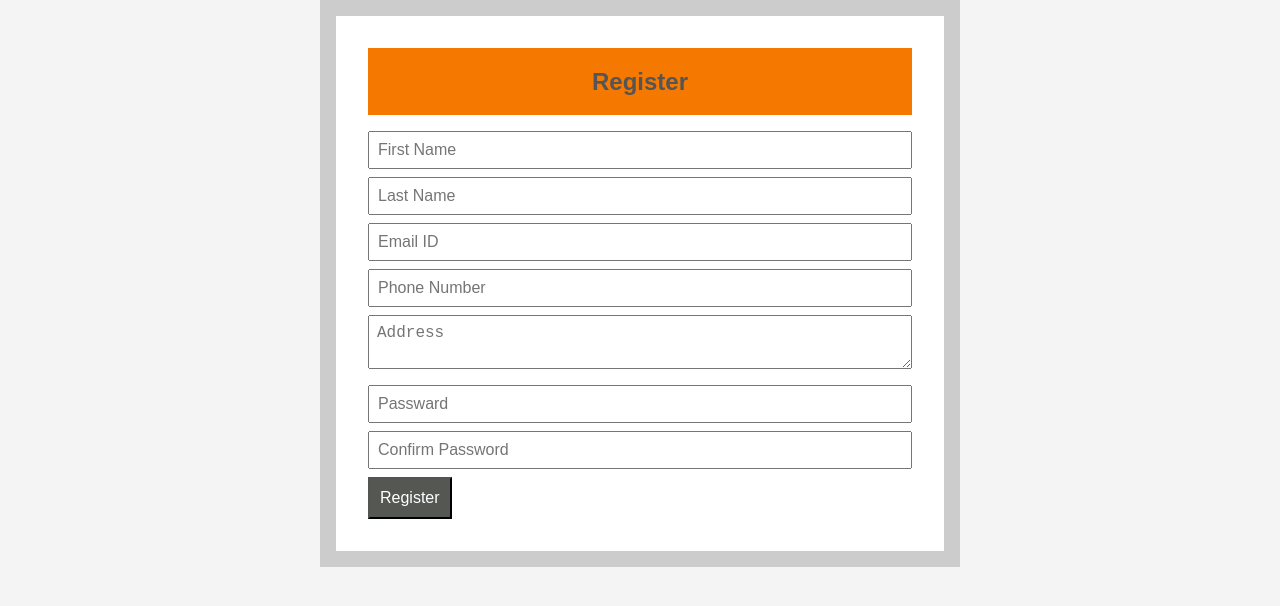
Repository: Kutty39/WebApps
Page: http://localhost/WebPageApp1/register.jsp
These files come from the project's save history. The page is drawn as it stood at one moment and after the next save; the edit follows.
The browser window is 1280 px wide. The pictures show the whole page.
The page is served by Tomcat 9.

Above is the page before, as saved 2019-12-06 12:27:49.

After the next save:
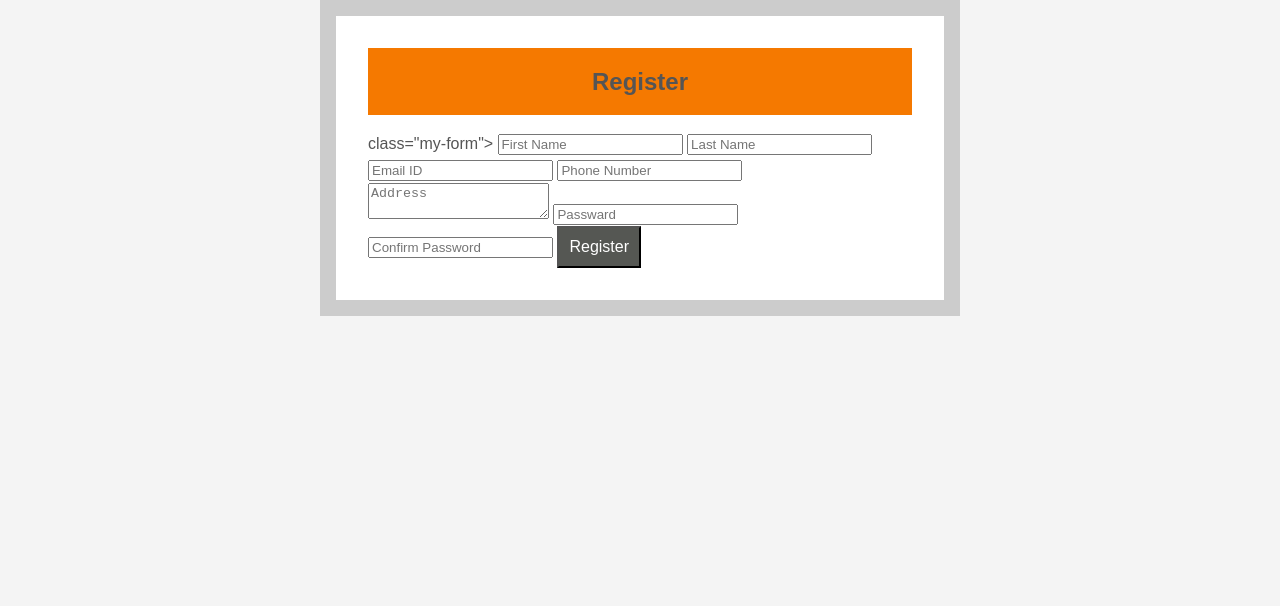
Saved 3 min 6 s later.
--- a/LoginRegistrationPage/WebPageApp1/src/main/webapp/register.jsp
+++ b/LoginRegistrationPage/WebPageApp1/src/main/webapp/register.jsp
@@ -15,7 +15,7 @@
 		<div class="form-header">
 			<h2>Register</h2>
 		</div>
-		<form action="switchpage" method="post" class="my-form">
+		<form <!-- action="switchpage" method="post" --> class="my-form">
 			<input type="text" name="fname" placeholder="First Name"
 				required="required">
 			<input type="text" name="lname" required="required"

After the save that followed:
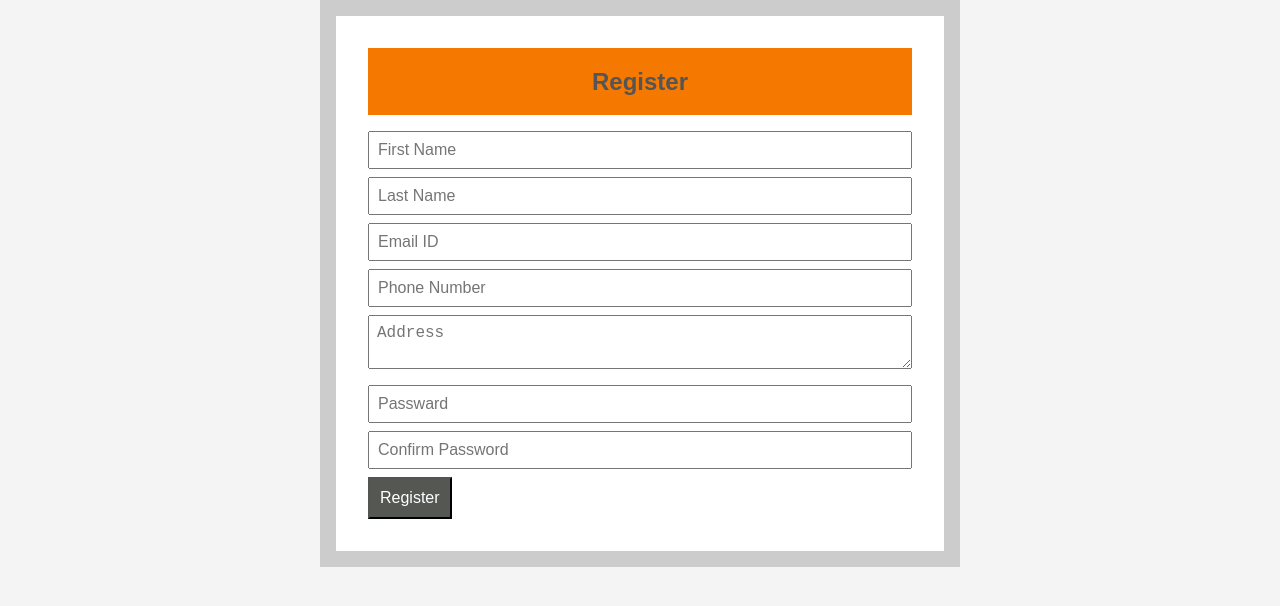
Saved 48 s later.
--- a/LoginRegistrationPage/WebPageApp1/src/main/webapp/register.jsp
+++ b/LoginRegistrationPage/WebPageApp1/src/main/webapp/register.jsp
@@ -15,7 +15,8 @@
 		<div class="form-header">
 			<h2>Register</h2>
 		</div>
-		<form <!-- action="switchpage" method="post" --> class="my-form">
+		<!-- action="switchpage" method="post" -->
+		<form class="my-form">
 			<input type="text" name="fname" placeholder="First Name"
 				required="required">
 			<input type="text" name="lname" required="required"
